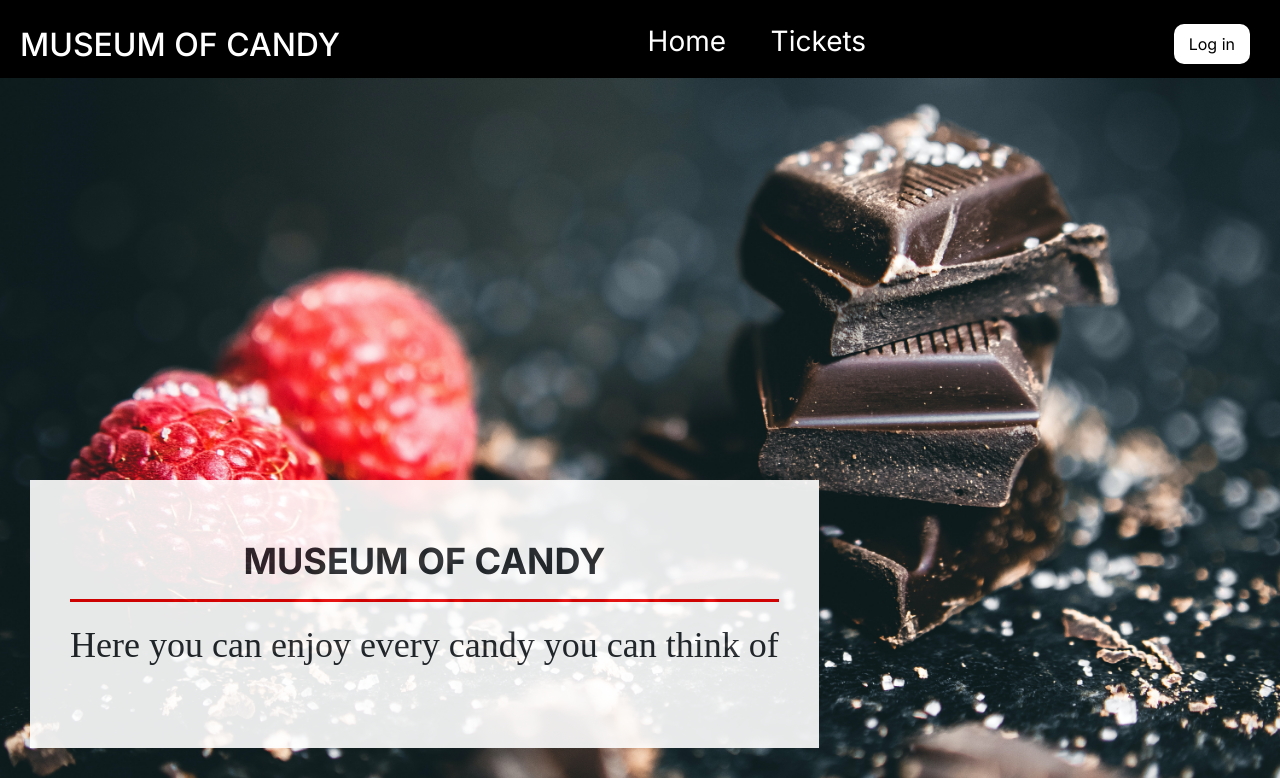
Repository: m-koparanova/MuseumOfCandy
Page: index.html
These files come from the project's save history. The page is drawn as it stood at one moment and after the next save; the edit follows.
The browser window is 1280 px wide. The pictures show the whole page.
Some web fonts or font styles are not loaded; a fallback is used.

Above is the page before, as saved 2023-03-05 20:05:40.

After the next save:
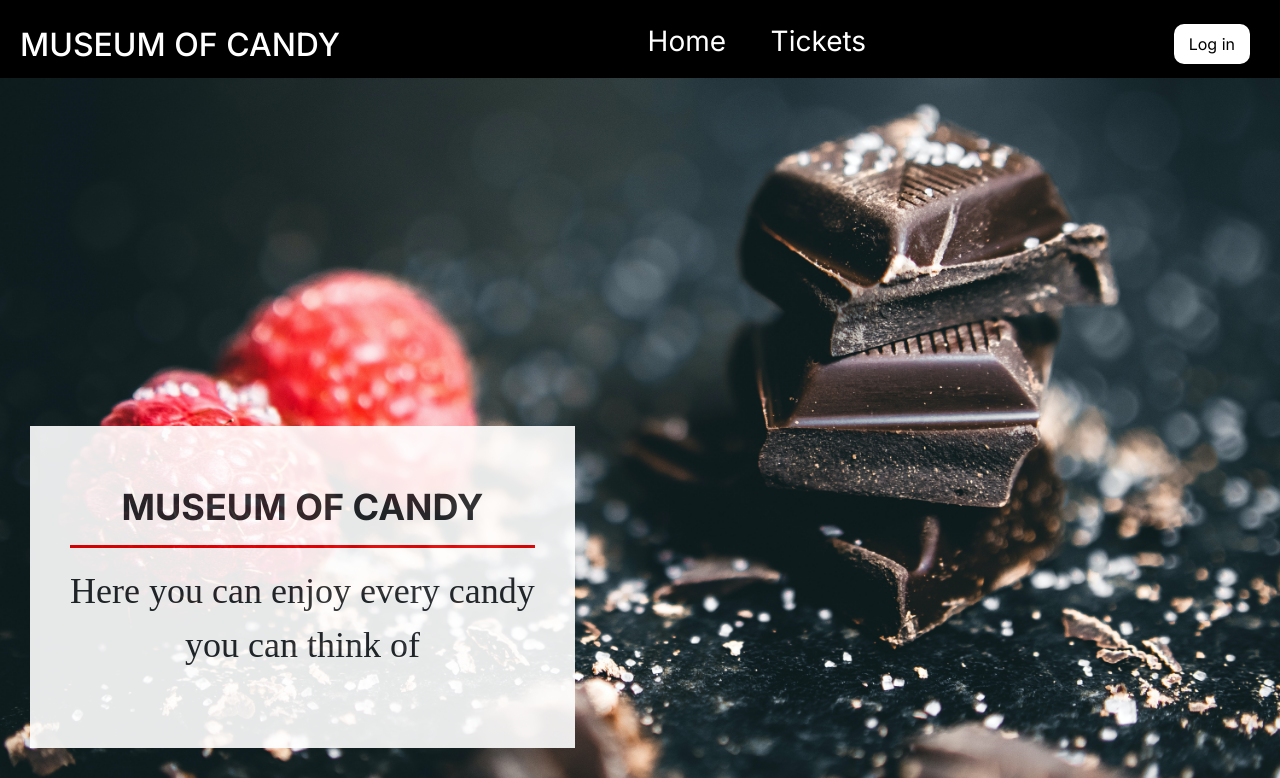
Saved 96 s later.
--- a/index.html
+++ b/index.html
@@ -29,8 +29,7 @@
             <div class="text-container">
                 <h3>MUSEUM OF CANDY</h3>
                 <hr>
-                <p>Here you can enjoy
-                every candy you can think of</p>
+                <p>Here you can enjoy every candy<br>you can think of</p>
             </div>
         </div>
     </tbody>
